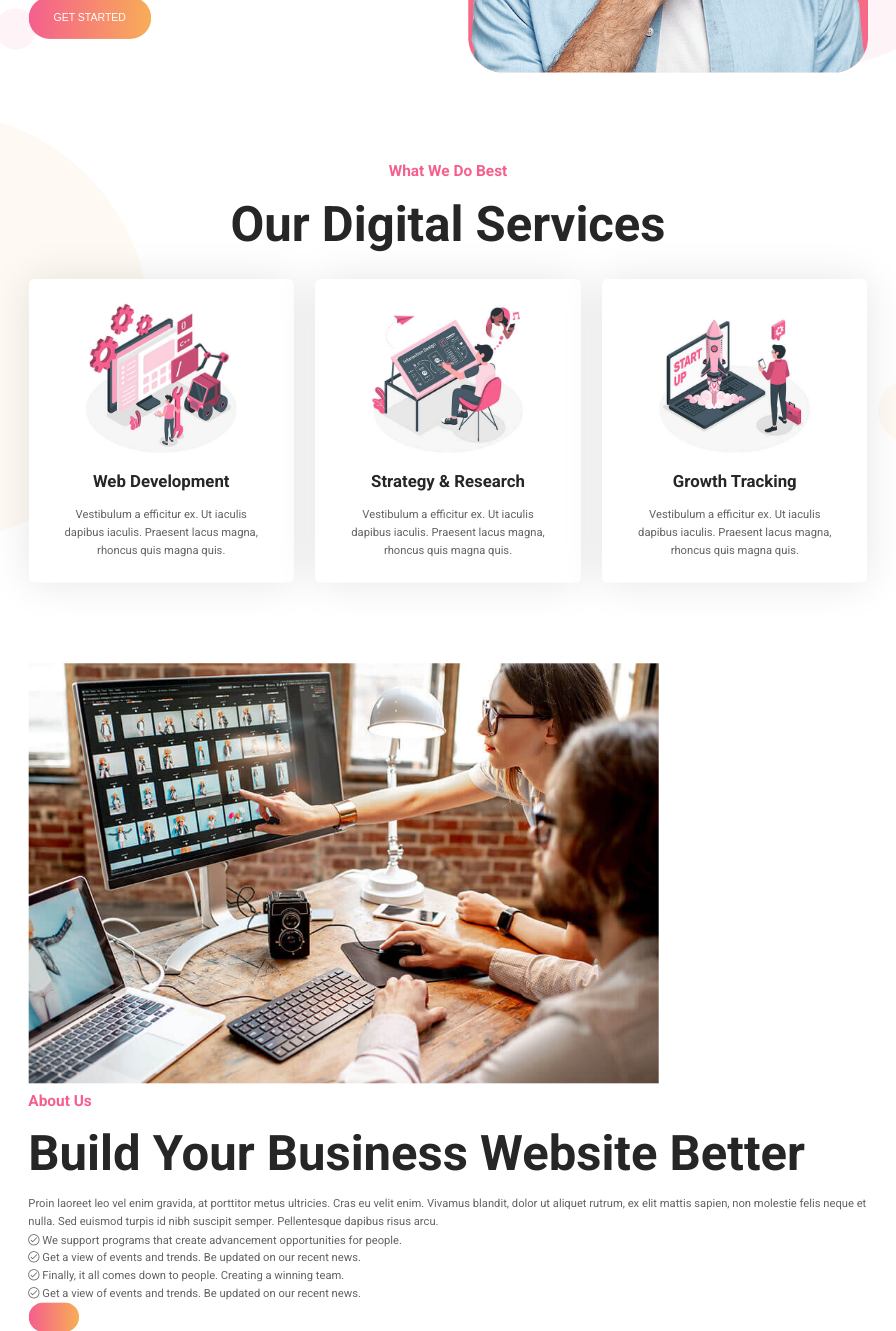
Repository: ducdatit2002/samar
Page: index.html
These files come from the project's save history. The page is drawn as it stood at one moment and after the next save; the edit follows.
The browser window is 1280 px wide. The pictures show the part of the page from y = 672 to 2592 px (the page is 2574 px tall before and 2592 px after), at 70% of full size.

Above is the page before, as saved 2023-07-26 23:58:24.

### index.html
<!DOCTYPE html>
<html lang="en">
  <head>
    <meta charset="UTF-8" />
    <meta name="viewport" content="width=device-width, initial-scale=1.0" />
    <title>Samar - HTML Template</title>

    <!-- FONT AWESOME -->
    <link
      rel="stylesheet"
      href="https://cdnjs.cloudflare.com/ajax/libs/font-awesome/6.4.0/css/all.min.css"
      integrity="sha512-iecdLmaskl7CVkqkXNQ/ZH/XLlvWZOJyj7Yy7tcenmpD1ypASozpmT/E0iPtmFIB46ZmdtAc9eNBvH0H/ZpiBw=="
      crossorigin="anonymous"
      referrerpolicy="no-referrer"
    />
    <!-- LINE AWESOME -->
    <link rel="stylesheet" href="https://maxst.icons8.com/vue-static/landings/line-awesome/line-awesome/1.3.0/css/line-awesome.min.css">
    <!-- GOOGLE FONT -->
    <link rel="preconnect" href="https://fonts.googleapis.com" />
    <link rel="preconnect" href="https://fonts.gstatic.com" crossorigin />
    <link
      href="https://fonts.googleapis.com/css2?family=Hind:wght@300;400;700&family=Roboto:wght@300;400;500;700&display=swap"
      rel="stylesheet"
    />
    <!-- FLATICON -->
    <link rel="stylesheet" href="./css/flaticon/flaticon.css">
    <!-- ANIMATE -->
      <link rel="stylesheet" href="https://cdnjs.cloudflare.com/ajax/libs/animate.css/4.1.1/animate.min.css"/>
    <!-- MAIN CSS -->
    <link rel="stylesheet" href="./index.css" />
  </head>
  <body>
    <!-- HEADER -->
    <header>
      <div class="container">
        <div class="header__content">
          <a href="#">
            <img src="./img/logo-2.png" alt="logo-2">
          </a>
          <nav>
            <ul>
              <li>
                <a href="#">
                  <span>Home</span>
                  <i class="fa fa-chevron-down"></i>
                </a>
              </li>
              <li>
                <a href="#">
                  <span>Pages</span>
                  <i class="fa fa-chevron-down"></i>
                </a>
              </li>
              <li>
                <a href="#">
                  <span>Services</span>
                  <i class="fa fa-chevron-down"></i>
                </a>
              </li>
              <li>
                <a href="#">
                  <span>Post Layout</span>
                  <i class="fa fa-chevron-down"></i>
                </a>
              </li>
              <li>
                <a href="#">
                  <span>Blog</span>
                  <i class="fa fa-chevron-down"></i>
                </a>
              </li>
              <li>
                <a href="#">
                  <span>Contact Us</span>
                  <i class="fa fa-chevron-down"></i>
                </a>
              </li>
            </ul>
            <div class="header__button">
              <button class="btn-gradient">
                Get A Quote
              </button>
            </div>
          </nav>
        </div>
      </div>
    </header>
    <!-- CAROUSEL -->
    <section class="saCarousel">
      <div class="container">
        <div class="saCarousel__content">
          <div class="saCarousel__left">
            <div class="title">
              <p class="animate__animated animate__fadeInUp ">We are The Best</p>
              <h2 class="animate__animated animate__fadeInUp animate__delay-1s">Freelance Product Designer Running</h2>
            </div>
            <div class="saCarousel__article">
              <p class="animate__animated animate__fadeInUp animate__delay-2s">
                We develop the relationships that underpin the next phase in your
                <br>organisation’s growth.
              </p>
              <ul class="animate__animated animate__fadeInUp animate__delay-3s">
                <li>
                  <i class="las la-check"></i>
                  Master's degree in designing
                </li>
                <li>
                  <i class="las la-check"></i>
                  Outstanding mobile design
                </li>
              </ul>
              <button class="btn-gradient animate__animated animate__fadeInUp animate__delay-4s">
                GET STARTED
              </button>
            </div>
          </div>
          <div class="saCarousel__right">
            <div class="saCarousel__banner animate__animated animate__fadeInUp animate__delay-3s">
              <img src="./img/pic3_1.png" alt="pic3_1">
            </div>
          </div>
        </div>
      </div>
    </section>
    <!-- SERVICES -->
    <div class="services section-inner">
      <div class="container">
        <div class="title">
          <p>What We Do Best</p>
          <h2>Our Digital Services</h2>
        </div>
        <div class="services__content">
          <div class="services__item">
            <img src="./img/pic1_3.jpg" alt="pic1_3">
            <h3>Web Development</h3>
            <p>Vestibulum a efficitur ex. Ut iaculis dapibus iaculis. Praesent lacus magna, rhoncus quis magna quis.</p>
          </div>
          <div class="services__item">
            <img src="./img/pic2_2.jpg" alt="pic2_2">
            <h3>Strategy & Research</h3>
            <p>Vestibulum a efficitur ex. Ut iaculis dapibus iaculis. Praesent lacus magna, rhoncus quis magna quis.</p>
          </div>
          <div class="services__item">
            <img src="./img/pic3_2.jpg" alt="pic3_2">
            <h3>Growth Tracking</h3>
            <p>Vestibulum a efficitur ex. Ut iaculis dapibus iaculis. Praesent lacus magna, rhoncus quis magna quis.</p>
          </div>
        </div>
      </div>
    </div>
    <!-- ABOUT US -->
    <section class="aboutUs section-inner">
      <div class="container">
        <div class="aboutUs_content">
          <div class="aboutUs__left">
            <img src="./img/pic1.jpg" alt="pic1">
          </div>
          <div class="aboutUs__right">
            <div class="title">
              <p>About Us</p>
              <h2>Build Your Business Website Better</h2>
            </div>
            <p>
              Proin laoreet leo vel enim gravida, at porttitor metus ultricies. Cras eu velit enim. Vivamus blandit, dolor ut aliquet rutrum, ex elit mattis sapien, non molestie felis neque et nulla. Sed euismod turpis id nibh suscipit semper. Pellentesque dapibus risus arcu.
            </p>
            <ul>
              <li><i class="flaticon-check"></i>
                We support programs that create advancement opportunities for people.
              </li>
              <li><i class="flaticon-check"></i>
                Get a view of events and trends. Be updated on our recent news.
              </li>
              <li><i class="flaticon-check"></i>
                Finally, it all comes down to people. Creating a winning team.
              </li>
              <li><i class="flaticon-check"></i>
                Get a view of events and trends. Be updated on our recent news.
              </li>
            </ul>
            <button class="btn-gradient"></button>
          </div>
        </div>
      </div>
    </section>
    <!-- JQUERY -->
    <script
      src="https://cdnjs.cloudflare.com/ajax/libs/jquery/3.7.0/jquery.js"
      integrity="sha512-8Z5++K1rB3U+USaLKG6oO8uWWBhdYsM3hmdirnOEWp8h2B1aOikj5zBzlXs8QOrvY9OxEnD2QDkbSKKpfqcIWw=="
      crossorigin="anonymous"
      referrerpolicy="no-referrer"
    ></script>
  </body>
</html>

### index.css
/* GLOBAL */
* {
  margin: 0;
  padding: 0;
  box-sizing: border-box;
}
html,
body {
  font-family: "Hind", sans-serif;
  font-family: "Roboto", sans-serif;
  color: #636363;
  font-weight: 400;
  line-height: 1.6;
}
a {
  text-decoration: none;
}
.container {
  max-width: 1199px;
  margin: auto;
}
li {
  list-style: none;
}
.section-inner {
    padding-top: 115px;
}
/* TITLE */
.title p {
    font-weight: 600;
    font-size: 22px;
    margin-bottom: 20px;
    color: #f55f8d;
}
.title h2 {
    font-size: 70px;
    line-height: 1.1;
    font-weight: 800;
    color: #262626;
    margin-bottom: 20px;
}
/* HEADER */
header {
  position: absolute;
  top: 0;
  left: 0;
  width: 100%;
}
.header__content {
  display: flex;
  justify-content: space-between;
  align-items: center;
}
.header__content nav {
  display: flex;
  align-items: center;
}
.header__content nav ul {
  display: flex;
  margin-right: 30px;
}
.header__content li {
  padding: 55px 15px;
  list-style: none;
}
.header__content li a {
  color: #070120;
  text-transform: capitalize;
  font-size: 15px;
  font-weight: 500;
  transition: all 0.5s;
}
.header__content span {
  display: inline-block;
  transition: all 0.1s;
}
.header__content a:hover {
  color: #f55f8d;
}
.header__content a:hover span {
  animation: upToDown 0.3s;
}
.header__content i {
  font-size: 9px;
  margin-top: -3px;
  vertical-align: middle;
}
.btn-gradient {
  padding: 20px 35px;
  font-size: 15px;
  font-weight: 500;
  background-image: linear-gradient(
    to right,
    #f55f8d 0,
    #f8ae56 51%,
    #f55f8d 100%
  );
  background-size: 200%;
  border: 1px solid transparent;
  transition: all 0.5s;
  border-radius: 30px;
  color: #fff;
  cursor: pointer;
  outline: none;
  text-transform: uppercase;
  line-height: 1.2;
}
.btn-gradient:hover {
  background-position: right center;
  color: #fff;
  text-decoration: none;
}
/* CAROUSEL */
.saCarousel {
    padding-top: 180px;
    overflow: hidden;
    background-image: url(./img/pic2.png);
    background-position: top;
    background-size: 100%;
}
.saCarousel__content {
    display: flex;
    align-items: center;
}
.saCarousel__left {
    width: 60%;
}
.saCarousel__article p {
    font-size: 18px;
    margin-bottom: 15px;
}
.saCarousel__article ul {
    margin-bottom: 20px;
}
.saCarousel__article li {
    padding: 10px 5px 10px 0;
    font-size: 20px;
}
.saCarousel__article i {
    width: 35px;
    height: 35px;
    line-height: 35px;
    text-align: center;
    font-size: 24px;
    color: #fff;
    border-radius: 35px;
    font-weight: 900;
    background-image: linear-gradient(to right, #f55f8d 0, #f8ae56 51%, #f55f8d 100%);
    background-size: 200%;
    margin-right: 10px;
}
/* SERVICES */
.services {
    background-image: url(./img/bg2.png);
    background-size: cover;
    background-position: top center;
    text-align: center;
}
.services__content {
    display: grid;
    grid-template-columns: repeat(3, 1fr);
    gap: 30px;
    margin-top: 40px;
}
.services__item {
    border-radius: 0.5rem;
    background: #fff;
    box-shadow: 0 0 60px 0 rgba(0, 0, 0, 0.1);
    padding: 30px 45px;
    transform: translateY(0);
    transition: all 0.5s;
    border-image: 100 round;
    border: 3px solid transparent;
}
.services__item img {
    width: 215px;
}
.services__item h3 {
    font-weight: 700;
    font-size: 1.5rem;
    color: #262626;
    margin: 15px 0;
}
.services__item:hover {
    transform: translateY(-20px);
    border-image: url(../img/br.png) 1 round;
}







/*Animation */
@keyframes upToDown {
  49% {
    transform: translateY(100%);
  }
  50% {
    opacity: 0;
    transform: translateY(-100%);
  }
  51% {
    opacity: 1;
  }
}

Loaded but not shown: css/flaticon/flaticon.css (common file)

After the next save:
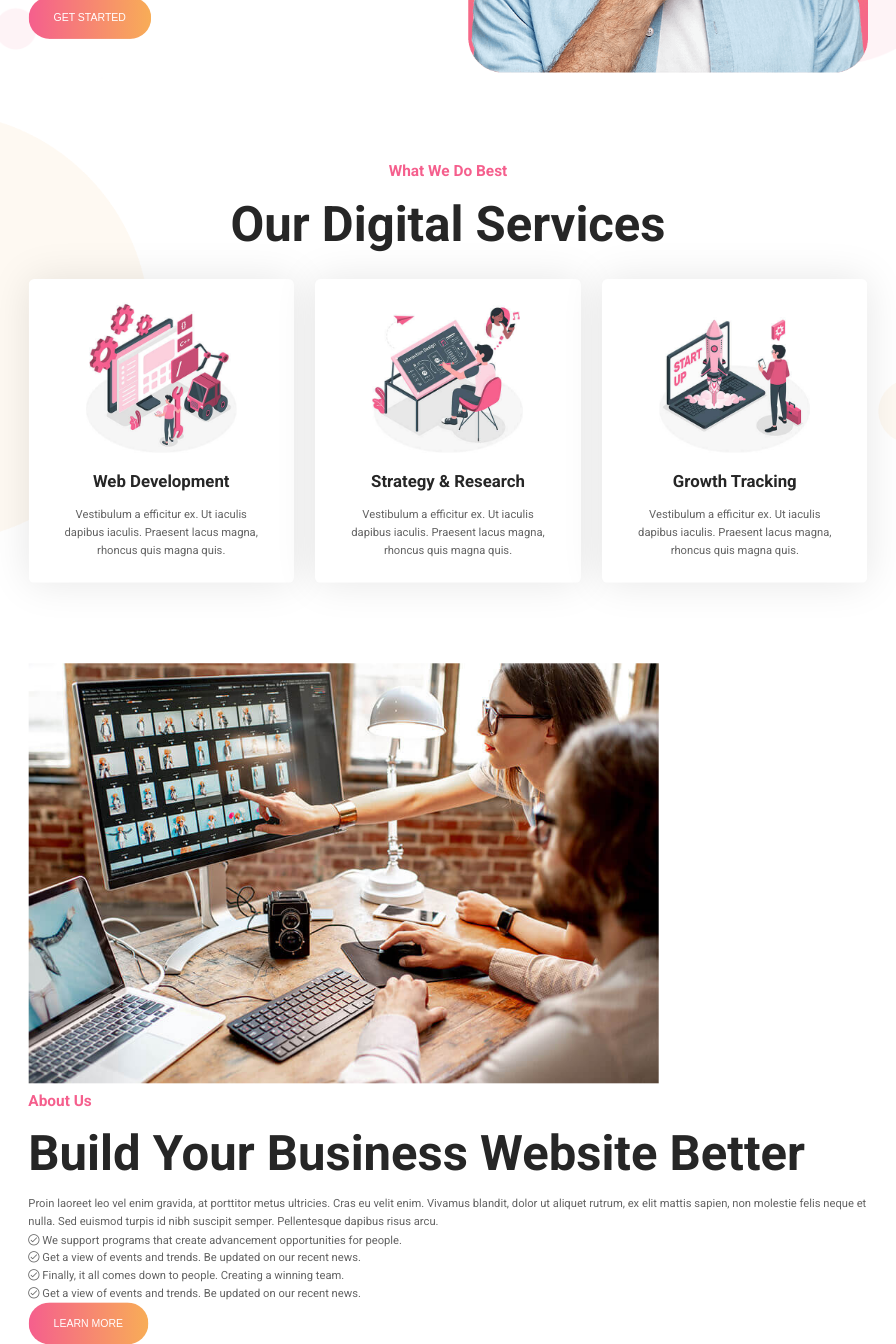
Saved 5 s later.
--- a/index.html
+++ b/index.html
@@ -177,7 +177,7 @@
                 Get a view of events and trends. Be updated on our recent news.
               </li>
             </ul>
-            <button class="btn-gradient"></button>
+            <button class="btn-gradient">Learn More</button>
           </div>
         </div>
       </div>
